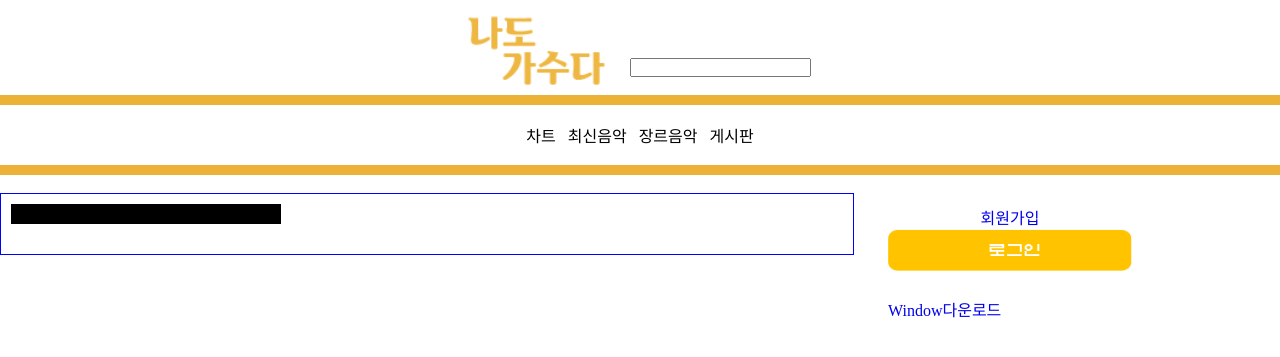
Repository: Ea-Bell/GraduationPortfolio
Page: http://localhost/WebTest/webTest/View/test/test.jsp
These files come from the project's save history. The page is drawn as it stood at one moment and after the next save; the edit follows.
The browser window is 1280 px wide. The pictures show the whole page.
The page is served by Tomcat 9. Nobody is signed in. The application's start-up code is not run. Other server files are loaded and not shown.

Above is the page before, as saved 2020-09-16 08:08:22.

### WEB_Server/WebTest/WebContent/webTest/View/test/test.jsp
<%@ page language="java" contentType="text/html; charset=UTF-8"
	pageEncoding="UTF-8"%>
<%@ taglib prefix="c" uri="http://java.sun.com/jsp/jstl/core"%>
   <%@ page import="java.io.File" %>
<!DOCTYPE html>
<html>
<head>

<link rel="stylesheet" type="text/css"
	href="/webTest/Model/mainForm/mainForm.css" />
<script type="text/javascript" src="/webTest/Model/mainForm/mainForm.js"></script>

<meta charset="UTF-8">
<title>회원제 게시판 예시</title>
</head>
<body>

<header>
	<div align="center">

		<form action="mainForm.jsp" method="post">
			<!-- 헤더 -->

				<a href="/index" style="background: white;">
					 <img src="/webTest/img/logo.png"
					 style="position: relative; top: 15px; left: 0px; width: 140px; width:140px"></a>
					  <input type="text" onclick=""
					style="position: relative; left: 20px;">
				&nbsp;&nbsp;&nbsp;&nbsp;&nbsp; <br>
				<br>
				<hr id="hr" size="10px" color="#ECB237">
				<br> <a href="" onmouseover="TextMover()"
					onmouseout="TextMount()" id="nav" style="color: black;">차트</a>
				&nbsp; <a href="/webTest/View/fileUpLoad/fileList.jsp" onmouseover="TextMover2()"
					onmouseout="TextMount2()" id="nav2" style="color: black;">최신음악</a>
				&nbsp; <a href="" onmouseover="TextMover3()"
					onmouseout="TextMount3()" id="nav3" style="color: black;">장르음악</a>
						&nbsp; <a href="/webTest/article/list.jsp"  id="nav3" style="color: black;">게시판</a>
				<br>
				<br>
		</form>



	</div>
</header>
		<hr id="hr" size="10px" color="#ECB237">
		<br>
	<!-- 콘텐츠 -->

	<div id="content"  style="border:1px solid blue; padding:10px; width: 65%;  float: left;" >


<aside id="main_bside" style="background-color: black;">

		</aside>





	</div>



	<div style="padding:10px; width: 30%; float: right;">
		<aside id="main_aside">

			<table border="0">
				<tr>
					<td><c:if test="${empty authUser }">
							<div align="center"><a href=""></a> <a href="/webTest/login/signUp.jsp">회원가입</a></div>
							<a href="/webTest/login/login.jsp" ><img alt="" src="/webTest/img/login/login.png" style="height: 42px; width: 244px;"></a>
							<br>

						</c:if> <c:if test="${!empty authUser}">
				${authUser.nickname}님, 안녕하세요.<br />
							<a href="/LogoutHandler">[로그아웃하기]</a>
							<a href="changePwdForm.jsp">[암호변경하기]</a>
									&nbsp;&nbsp;&nbsp;&nbsp;&nbsp;&nbsp;&nbsp;&nbsp;&nbsp;&nbsp;<a href="/webTest/list/newMusicForm.jsp">[마이페이지]</a>
						</c:if></td>
				</tr>
			</table>

			<br>
			<table border="0">
				<tr>

					<td>
				<a href="/webTest/나는가수다.msi" download=>Window다운로드</a>
					</td>

				</tr>
			</table>

		</aside>
		</div>
	<!-- 바텀 -->
	<div align="center">



	</div>

</body>
</html>

### WEB_Server/WebTest/WebContent/webTest/Model/mainForm/mainForm.css
@charset "UTF-8";
body{
	position: relative;
}

*{ margin:0; padding :0;}

img{border: 0; width:16px ; height: 16 px;}


#content{
	/* 중앙 정렬*/
	width: 960px;

	/* 수평 레이아웃 구성 */
	overflow: hidden;
}
#content > #main_section
{
	width: 650px;
	float: left;			/* 왼쪽에 붙입니다*/
}

#content > #main_aside{
	height:30%;
	width : 25%;
	float: right;           /*오른쪽에 붙입니다.*/
	margin-bottom: 20px;
	padding: 10px;

	color: #ff8000;


}



#content > #main_bside{

	width : 30%;
	height:0%;
	float: left;           /*왼쪽에 붙입니다.*/
	margin-bottom: 20px;
	padding: 10px;


}
#content > #main_cside{
	width :70%;
	height: 0%;
	float: none;           /*가운데에 붙입니다.*/
	margin-bottom: 20px;
	padding: 10px;
	border: 1px solid #e4e4e4;
	color: #ff8000;
	background-color:ff8000;
}

#textcolor{
	border: 1px solid #e4e4e4;
	color: #ff8000;
	background-color:ff8000;
}

#hr
{

}
#nav
{
	 font-family: ""
}
#winFont{
	font-family: "돋음";
	color: #1A1A1A;
}
a {
  text-decoration: none;
}

### WEB_Server/WebTest/WebContent/webTest/Model/mainForm/mainForm.js
/**
 *
 */

//문자나 이미지가 밖으로 나갔을경우
function TextMover() {
	var dama = document.getElementById('nav');
	dama.style.color="Red";
}
function ImgMover() {

}
function TextMover2() {
	var dama = document.getElementById('nav2');
	dama.style.color="Red";
}
function TextMover3() {
	var dama = document.getElementById('nav3');
	dama.style.color="Red";
}
//문자나 이미지가 밖으로 갔을경우
function TextMount() {
	var dama = document.getElementById('nav');
	dama.style.color="Black";
}
function TextMount2() {
	var dama = document.getElementById('nav2');
	dama.style.color="Black";
}
function TextMount3() {
	var dama = document.getElementById('nav3');
	dama.style.color="Black";
}
function ImgMount() {

}

After the next save:
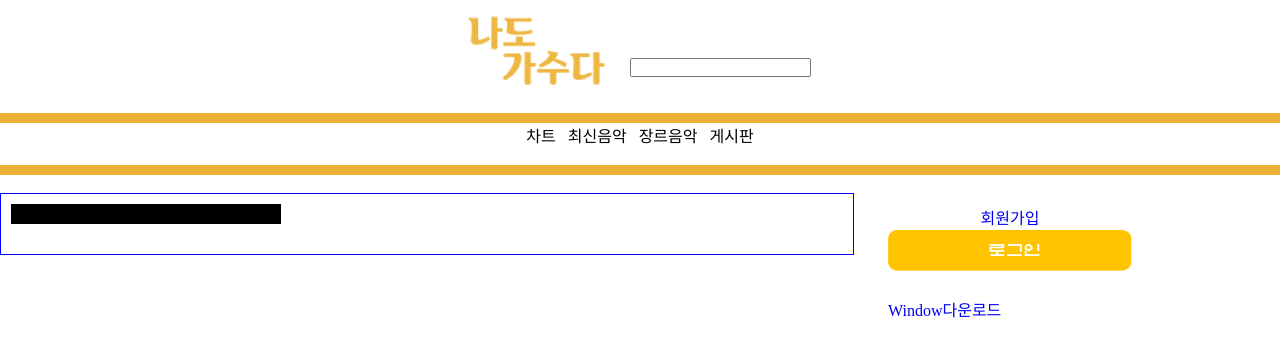
Saved 18 s later.
--- a/WEB_Server/WebTest/WebContent/webTest/View/test/test.jsp
+++ b/WEB_Server/WebTest/WebContent/webTest/View/test/test.jsp
@@ -28,8 +28,9 @@
 					style="position: relative; left: 20px;">
 				&nbsp;&nbsp;&nbsp;&nbsp;&nbsp; <br>
 				<br>
+				<br>
 				<hr id="hr" size="10px" color="#ECB237">
-				<br> <a href="" onmouseover="TextMover()"
+				 <a href="" onmouseover="TextMover()"
 					onmouseout="TextMount()" id="nav" style="color: black;">차트</a>
 				&nbsp; <a href="/webTest/View/fileUpLoad/fileList.jsp" onmouseover="TextMover2()"
 					onmouseout="TextMount2()" id="nav2" style="color: black;">최신음악</a>

After the 2 saves that followed:
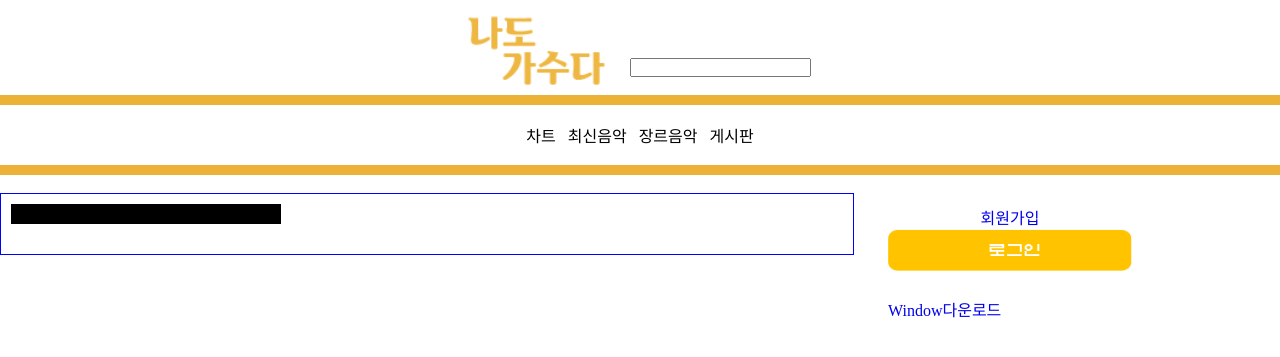
The 2 saves are shown as one change because they came seconds apart.
The last was saved 9 s later.
--- a/WEB_Server/WebTest/WebContent/webTest/View/test/test.jsp
+++ b/WEB_Server/WebTest/WebContent/webTest/View/test/test.jsp
@@ -28,8 +28,8 @@
 					style="position: relative; left: 20px;">
 				&nbsp;&nbsp;&nbsp;&nbsp;&nbsp; <br>
 				<br>
+				<hr id="hr" size="10px" color="#ECB237">
 				<br>
-				<hr id="hr" size="10px" color="#ECB237">
 				 <a href="" onmouseover="TextMover()"
 					onmouseout="TextMount()" id="nav" style="color: black;">차트</a>
 				&nbsp; <a href="/webTest/View/fileUpLoad/fileList.jsp" onmouseover="TextMover2()"
